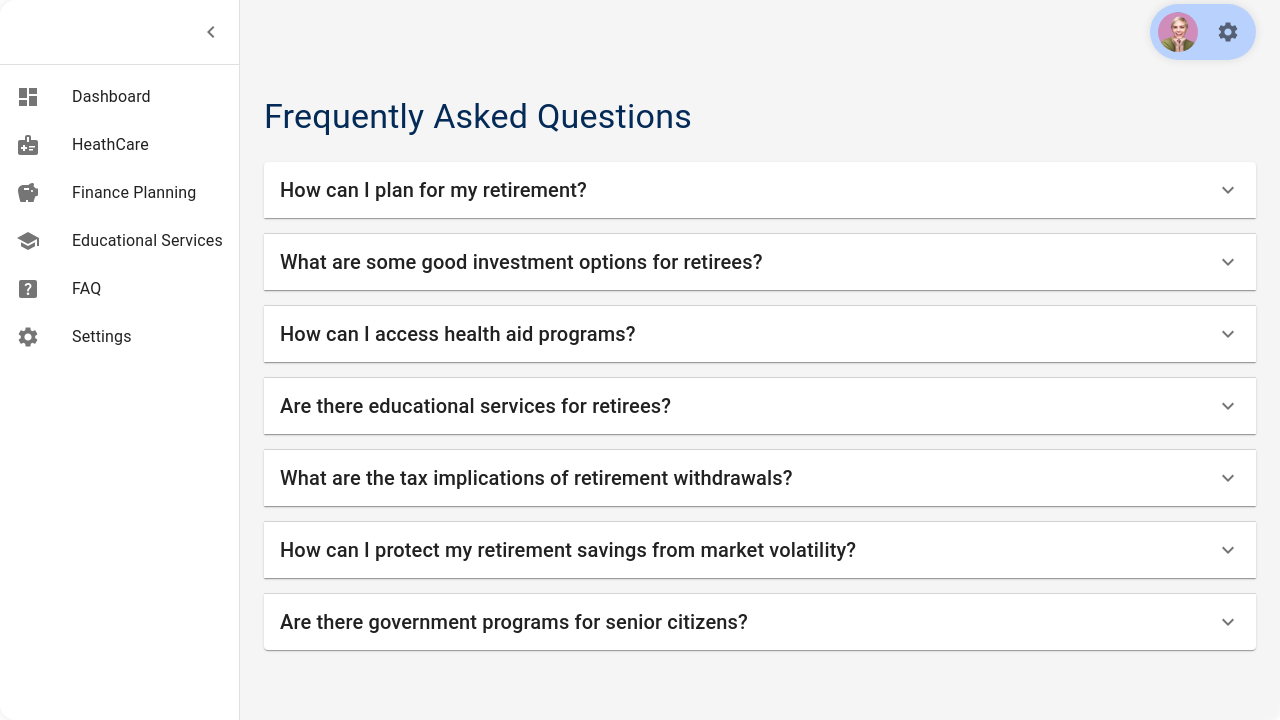
Repository: shubhampirate/TIAA_Retirement_hackathon
Page: /education
These files come from the project's save history. The page is drawn as it stood at one moment and after the next save; the edit follows.
The browser window is 1280 px wide. The pictures show the whole page.
The project was rebuilt for these pictures with package versions that can differ from the ones it lists, and the page was loaded fresh each time. Also part of the build but not shown: src/Components/CustomButton.jsx, src/Components/Navbar.jsx, src/Components/Properties.jsx, src/Components/Footer.jsx, src/Components/Hero.jsx, src/pages/Sign_In.jsx, src/Components/Settings.jsx.

Above is the page before, as saved 2023-11-15 20:43:21.

After the next save:
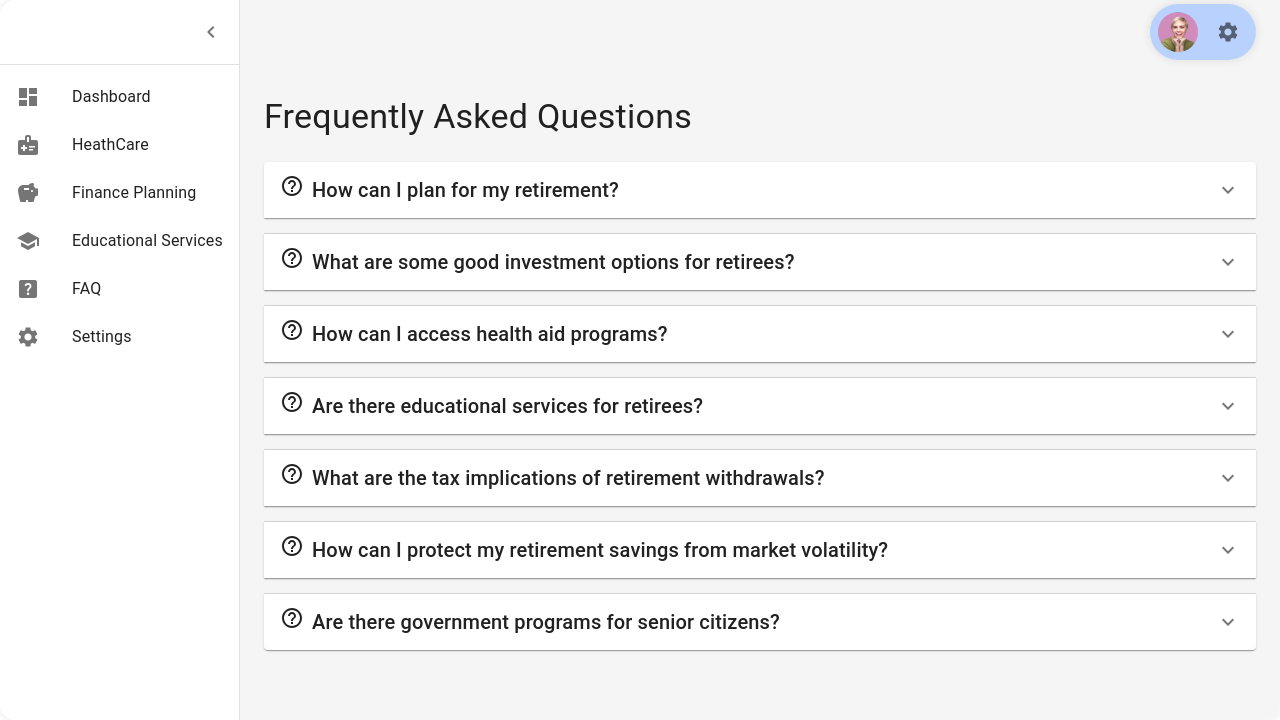
Saved 102 s later.
--- a/src/Components/Questions.jsx
+++ b/src/Components/Questions.jsx
@@ -19,7 +19,7 @@ import SettingsIcon from '@mui/icons-material/Settings';
 import { mainListItems } from './listItems';
 import heroImg_4 from "../media/img_4.jpeg";
 import LinearProgress from '@mui/material/LinearProgress';
-
+import HelpOutlineIcon from '@mui/icons-material/HelpOutline';
 import { Accordion, AccordionSummary, AccordionDetails } from '@mui/material';
 import ExpandMoreIcon from '@mui/icons-material/ExpandMore';
 const FAQData = [
@@ -281,10 +281,11 @@ export default function Questions() {
 
           {/* Start Here */}
           <Container sx={{ mt: 4 }}>
-      <Typography variant="h4" sx={{ mb: 3, color: "#042A57" }}>Frequently Asked Questions</Typography>
+      <Typography variant="h4" sx={{ mb: 3 }}>Frequently Asked Questions</Typography>
       {FAQData.map((faq, index) => (
         <Accordion key={index} sx={{ mb: 2 }}>
           <AccordionSummary expandIcon={<ExpandMoreIcon />} aria-controls={`panel-${index}`} id={`panel-${index}`}>
+            <HelpOutlineIcon sx={{ mr: 1 }} /> {/* Icon added here */}
             <Typography variant="h6">{faq.question}</Typography>
           </AccordionSummary>
           <AccordionDetails>
